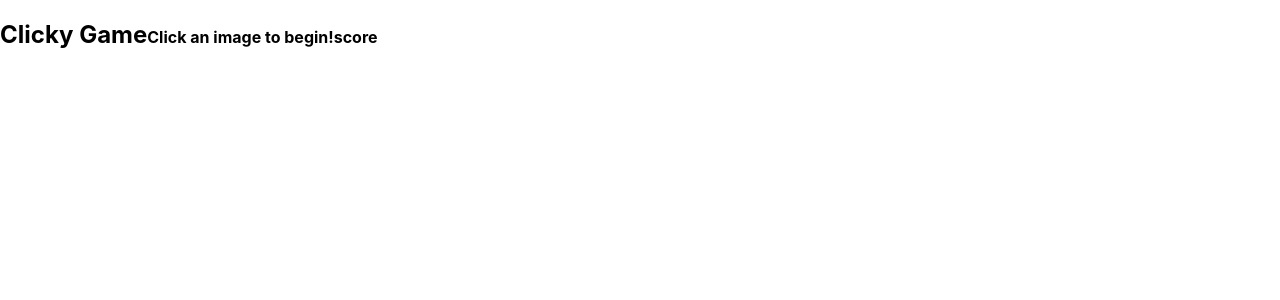
Repository: vivianuol/Clicky-game
Page: /
The author's editor kept a copy of each file at every save. The page is drawn from the files as they stood at one save, then again after the next save.
The browser window is 1280 px wide. The pictures show the whole page.
The project was rebuilt for these pictures with package versions that can differ from the ones it lists, and the page was loaded fresh each time.

Above is the page before, as saved 2019-01-12 10:35:12.

After the next save:
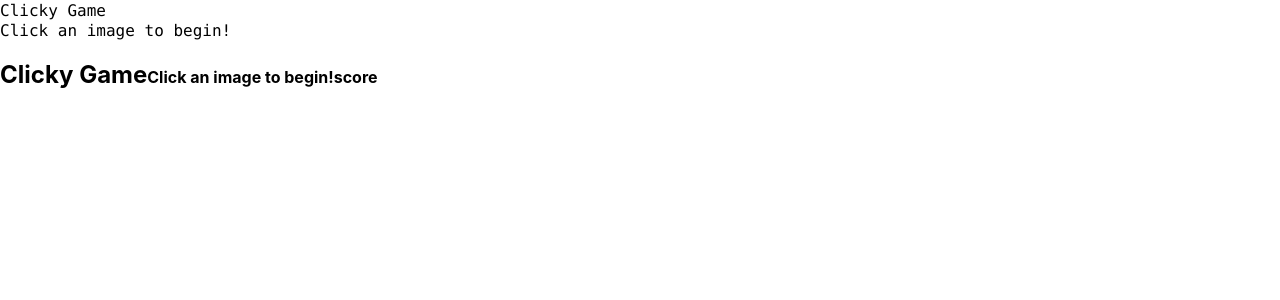
Saved 108 s later.
--- a/src/components/Header.js
+++ b/src/components/Header.js
@@ -1,18 +1,29 @@
 import React from "react";
-import {Grid, Row, Col} from 'react-bootstrap';
+import { Grid, Row, Col } from 'react-bootstrap';
 import { Navbar, Nav } from 'react-bootstrap';
 
 export default class Header extends
 
 
-React.Component {
+    React.Component {
     render() {
         return (
             <Navbar>
+                <Row className="show-grid">
+                    <Col xs={6} md={4}>
+                        <code>Clicky Game</code>
+                    </Col>
+                    <Col xs={6} md={4}>
+                        <code>Click an image to begin!</code>
+                    </Col>
+                    <Col xsHidden md={4}>
+                        <code>{}</code>
+                    </Col>
+                </Row>
 
-                    <h2>Clicky Game</h2>
-                    <h4>Click an image to begin!</h4>
-                    <h4>score</h4>
+                <h2>Clicky Game</h2>
+                <h4>Click an image to begin!</h4>
+                <h4>score</h4>
 
             </Navbar>
         );
